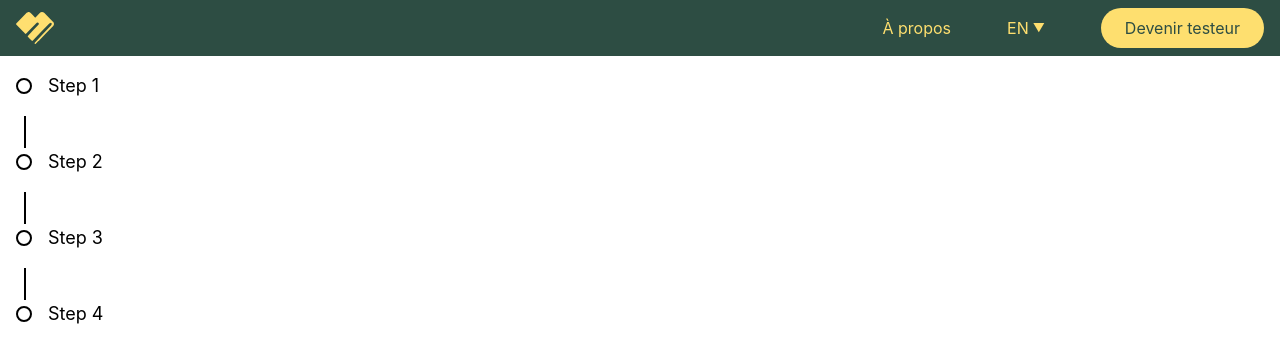
Repository: enas-elm/bookish-landing
Page: /
An editor plug-in stored every save of this project. The page is shown before and after the next save, followed by the edit.
The browser window is 1280 px wide. The pictures show the whole page.
The project was rebuilt for these pictures with package versions that can differ from the ones it lists, and the page was loaded fresh each time.

Above is the page before, as saved 2024-09-11 15:32:02.

### src/index.css
@tailwind base;
@tailwind components;
@tailwind utilities;

body {
  margin: 0;
  font-family: -apple-system, BlinkMacSystemFont, 'Segoe UI', 'Roboto', 'Oxygen',
    'Ubuntu', 'Cantarell', 'Fira Sans', 'Droid Sans', 'Helvetica Neue',
    sans-serif;
  -webkit-font-smoothing: antialiased;
  -moz-osx-font-smoothing: grayscale;
}

code {
  font-family: source-code-pro, Menlo, Monaco, Consolas, 'Courier New',
    monospace;
}

@layer base {
  @font-face {
      font-family: 'DM Sans Italic';
      src: url('../public/font/DMSans-VariableFont_opsz,wght.ttf') format('truetype');
      font-weight: 100 900;
       font-style: italic;
  }
  @font-face {
        font-family: "Passion One";
        src: url('../public/font/PassionOne-Regular.ttf') format('truetype');
        font-weight: normal;
        font-style: normal;
    }
    @font-face {
            font-family: "DM Display";
            src: url('../public/font/DMSerifDisplay-Regular.ttf') format('truetype');
            font-weight: normal;
            font-style: normal;
        }
    @font-face {
                font-family: "Inter";
                src: url('../public/font/Inter-VariableFont_opsz,wght.ttf') format('truetype');
                font-weight: 700;
            }
}

### src/App.js
import logo from "./logo.svg";
import "./App.css";
import Navbar from "./components/Navbar";
import "./index.css";
import TimeLine from "./components/TimeLine";

function App() {
  return (
    <div className="App">
      <header className="header">
        <Navbar />
      </header>
      <TimeLine />
    </div>
  );
}

export default App;

### src/components/Navbar.js
import React, { useState, useRef, useEffect } from 'react'

const Navbar = () => {
  const [language, setLanguage] = useState('EN')
  const [dropdownOpen, setDropdownOpen] = useState(false)
  const dropdownRef = useRef(null)

  const toggleDropdown = () => {
    setDropdownOpen(!dropdownOpen)
  };

  const selectLanguage = (lang) => {
    setLanguage(lang)
    setDropdownOpen(false)
  };

  useEffect(() => {
    const handleClickOutside = (event) => {
      if (dropdownRef.current && !dropdownRef.current.contains(event.target)) {
        setDropdownOpen(false)
      }
    };
    document.addEventListener('mousedown', handleClickOutside)
    return () => {
      document.removeEventListener('mousedown', handleClickOutside)
    };
  }, [])

  return (
    <nav className="w-full bg-green px-4 py-2 flex justify-between items-center">
      <div className="flex-shrink-0">
        <img src="/Vector-jaune.svg" alt="Bookish" className="h-8" />
      </div>

      <div className="flex items-center gap-5 justify-end space-x-6">
        <a href="/about" className="hover:underline text-yellow">
          À propos
        </a>
        <div className="relative" ref={dropdownRef}>
          <button
            className="bg-transparent text-yellow px-3 py-1 focus:outline-none flex items-center gap-1"
            onClick={toggleDropdown}
          >
            {language} <span className="text-xs">▼</span>
          </button>

          {dropdownOpen && (
            <div className="absolute right-0 mt-2 py-2 w-32 bg-white text-black rounded-md shadow-lg z-10">
              <button
                className={`block w-full text-left px-4 py-2 hover:bg-gris ${language === 'EN' ? 'bg-gris' : ''}`}
                onClick={() => selectLanguage('EN')}
              >
                EN
              </button>
              <button
                className={`block w-full text-left px-4 py-2 hover:bg-gris ${language === 'FR' ? 'bg-gris' : ''}`}
                onClick={() => selectLanguage('FR')}
              >
                FR
              </button>
            </div>
          )}
        </div>

        <button className="bg-yellow text-green px-6 py-2 rounded-full hover:bg-yellow-500 hover:scale-105 hover:shadow-lg transition transform duration-300 ease-in-out">
          Devenir testeur
        </button>
      </div>
    </nav>
  )
}

export default Navbar

### src/components/TimeLine.js
import React, { useState } from "react";

const menuItems = [
  { id: 1, label: "Step 1" },
  { id: 2, label: "Step 2" },
  { id: 3, label: "Step 3" },
  { id: 4, label: "Step 4" },
];

function TimelineMenu() {
  const [selectedItem, setSelectedItem] = useState(null);

  const handleClick = (id) => {
    setSelectedItem(id);
  };

  return (
    <div className="flex flex-col items-start p-4">
      {menuItems.map((item, index) => (
        <div key={item.id} className="flex flex-col items-start">
          {/* Vertical Line */}
          {index > 0 && (
            <div
              className={`h-8 border-l-2 ml-2 transition-colors ${
                selectedItem >= menuItems[index - 1].id
                  ? "border-blue-500"
                  : "border-gray-400"
              }`}
            ></div>
          )}
          {/* Timeline Item */}
          <div
            onClick={() => handleClick(item.id)}
            className={`flex items-center cursor-pointer transition-colors mb-4 ${
              selectedItem >= item.id ? "text-white" : "text-gray-700"
            }`}
          >
            <div
              className={`w-4 h-4 rounded-full border-2 mr-4 transition-colors ${
                selectedItem >= item.id
                  ? "border-blue-500 bg-blue-500"
                  : "border-gray-400"
              }`}
            ></div>
            <span className="text-lg">{item.label}</span>
          </div>
        </div>
      ))}
    </div>
  );
}

export default TimelineMenu;

### tailwind.config.js
/** @type {import('tailwindcss').Config} */
module.exports = {
  content: ["./src/**/*.{js,jsx,ts,tsx}"],
  theme: {
    colors: {
      green: "#2D4D43",
      greenlight: "#8EBDAF",
      white: "#FAFAFA",
      beige: "#D8CCB5",
      black: "#131313",
      gris: "#E4E0DE",
      "gris-foncé": "#1B1E28",
      yellow: "#FEDF6F",
    },
    fontFamily: {
      "dm-sans-italic": ['"DM Sans Italic"', "sans-serif"],
      "passion-one": ["PassionOne-Regular"],
      "dm-display": ["DMSerifDisplay-Regular"],
      inter: ["Inter"],
    },
    extend: {},
  },
  plugins: [],
};

Loaded but not shown: public/index.html (common file); src/index.js (common file); src/reportWebVitals.js (common file); src/App.css (common file)

After the next save:
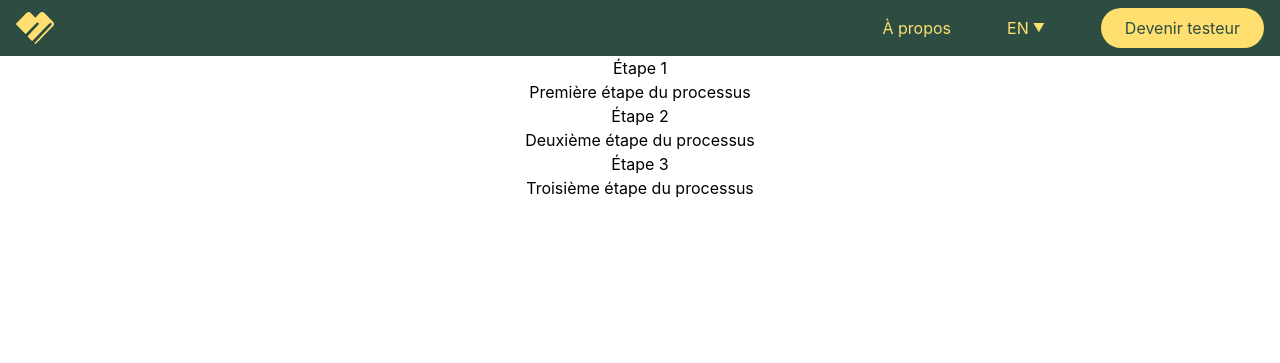
Saved 2 min 22 s later.
--- a/src/components/TimeLine.js
+++ b/src/components/TimeLine.js
@@ -1,10 +1,9 @@
 import React, { useState } from "react";
 
 const menuItems = [
-  { id: 1, label: "Step 1" },
-  { id: 2, label: "Step 2" },
-  { id: 3, label: "Step 3" },
-  { id: 4, label: "Step 4" },
+  { id: 1, label: "Étape 1", description: "Première étape du processus" },
+  { id: 2, label: "Étape 2", description: "Deuxième étape du processus" },
+  { id: 3, label: "Étape 3", description: "Troisième étape du processus" },
 ];
 
 function TimelineMenu() {
@@ -15,34 +14,28 @@
   };
 
   return (
-    <div className="flex flex-col items-start p-4">
+    <div className="timeline">
       {menuItems.map((item, index) => (
-        <div key={item.id} className="flex flex-col items-start">
-          {/* Vertical Line */}
+        <div key={item.id} className="timeline-item">
+          {/* Ligne verticale animée */}
           {index > 0 && (
             <div
-              className={`h-8 border-l-2 ml-2 transition-colors ${
+              className={`timeline-line ${
                 selectedItem >= menuItems[index - 1].id
-                  ? "border-blue-500"
-                  : "border-gray-400"
+                  ? "completed animate-line"
+                  : "incomplete"
               }`}
             ></div>
           )}
-          {/* Timeline Item */}
+          {/* Élément de timeline avec description */}
           <div
             onClick={() => handleClick(item.id)}
-            className={`flex items-center cursor-pointer transition-colors mb-4 ${
-              selectedItem >= item.id ? "text-white" : "text-gray-700"
+            className={`timeline-dot ${
+              selectedItem >= item.id ? "active" : ""
             }`}
           >
-            <div
-              className={`w-4 h-4 rounded-full border-2 mr-4 transition-colors ${
-                selectedItem >= item.id
-                  ? "border-blue-500 bg-blue-500"
-                  : "border-gray-400"
-              }`}
-            ></div>
-            <span className="text-lg">{item.label}</span>
+            <span className="timeline-label">{item.label}</span>
+            <p className="timeline-description">{item.description}</p>
           </div>
         </div>
       ))}

After the save that followed:
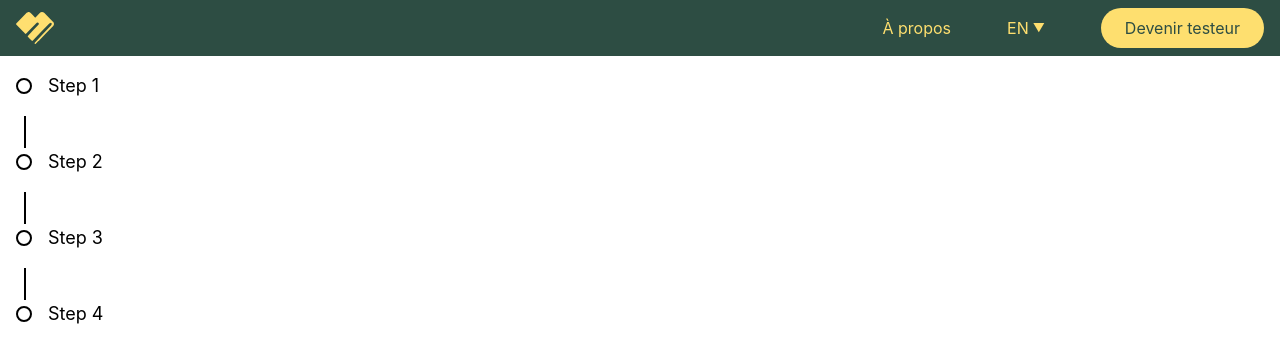
Saved 24 s later.
--- a/src/components/TimeLine.js
+++ b/src/components/TimeLine.js
@@ -1,9 +1,10 @@
 import React, { useState } from "react";
 
 const menuItems = [
-  { id: 1, label: "Étape 1", description: "Première étape du processus" },
-  { id: 2, label: "Étape 2", description: "Deuxième étape du processus" },
-  { id: 3, label: "Étape 3", description: "Troisième étape du processus" },
+  { id: 1, label: "Step 1" },
+  { id: 2, label: "Step 2" },
+  { id: 3, label: "Step 3" },
+  { id: 4, label: "Step 4" },
 ];
 
 function TimelineMenu() {
@@ -14,29 +15,33 @@
   };
 
   return (
-    <div className="timeline">
+    <div className="flex flex-col items-start p-4">
       {menuItems.map((item, index) => (
-        <div key={item.id} className="timeline-item">
-          {/* Ligne verticale animée */}
-          {index > 0 && (
+        <div key={item.id} className="flex flex-col items-start">
+          {/* Timeline Item */}
+          <div
+            onClick={() => handleClick(item.id)}
+            className={`flex items-center cursor-pointer transition-colors mb-4 ${
+              selectedItem === item.id ? "text-white" : "text-gray-700"
+            }`}
+          >
             <div
-              className={`timeline-line ${
-                selectedItem >= menuItems[index - 1].id
-                  ? "completed animate-line"
-                  : "incomplete"
+              className={`w-4 h-4 rounded-full border-2 mr-4 transition-colors ${
+                selectedItem === item.id
+                  ? "border-blue-500 bg-blue-500"
+                  : "border-gray-400"
+              }`}
+            ></div>
+            <span className="text-lg">{item.label}</span>
+          </div>
+          {/* Vertical Line */}
+          {index < menuItems.length - 1 && (
+            <div
+              className={`h-8 border-l-2 ml-2 transition-colors ${
+                selectedItem === item.id ? "border-blue-500" : "border-gray-400"
               }`}
             ></div>
           )}
-          {/* Élément de timeline avec description */}
-          <div
-            onClick={() => handleClick(item.id)}
-            className={`timeline-dot ${
-              selectedItem >= item.id ? "active" : ""
-            }`}
-          >
-            <span className="timeline-label">{item.label}</span>
-            <p className="timeline-description">{item.description}</p>
-          </div>
         </div>
       ))}
     </div>
